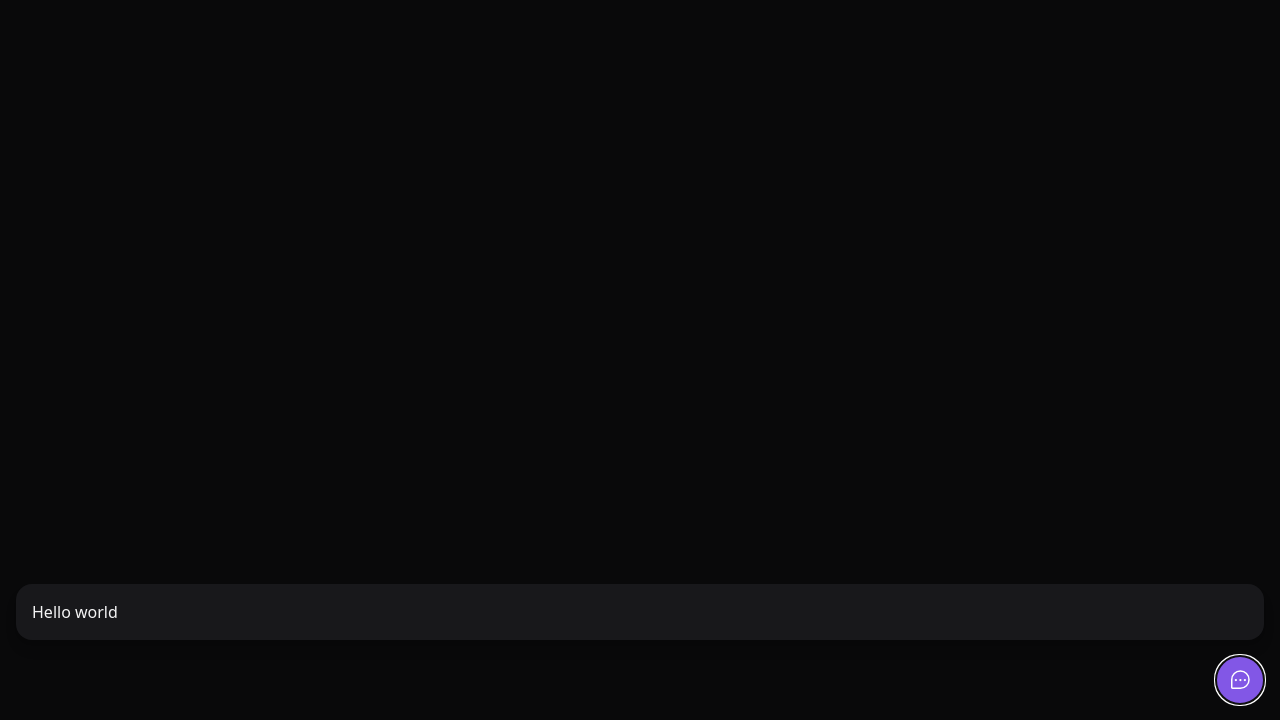
Repository: andynadvorny/feedget-web
Page: /, after clicking the first element matching `#headlessui-popover-button-\:r8\:`
The author's editor kept a copy of each file at every save. The page is drawn from the files as they stood at one save, then again after the next save.
The browser window is 1280 px wide. The pictures show the whole page.
The project was rebuilt for these pictures with package versions that can differ from the ones it lists, and the page was loaded fresh each time. Also part of the build but not shown: vite.config.ts.

Above is the page before, as saved 2022-05-03 12:16:09.

### src/App.tsx
import { Widget } from './components/Widget'

export function App() {
  return (
    <Widget />
  )
}

### src/components/Widget.tsx
import { ChatTeardropDots } from 'phosphor-react'
import { Popover } from '@headlessui/react'
import { WidgetForm } from './WidgetForm'

export function Widget() {

  return (
    <Popover className="absolute bottom-4 right-4 flex flex-col items-end">
      <Popover.Panel>
        <WidgetForm />
      </Popover.Panel>
      <Popover.Button
        className="bg-brand-500 text-white rounded-full px-3 h-12 flex items-center group"
      >
        <ChatTeardropDots className="w-6 h-6" />

        <span className="max-w-0 overflow-hidden group-hover:max-w-xs transition-all duration-500 ease-linear">
          <span className="pl-2"></span>
          Feedback
        </span>
      </Popover.Button>
    </Popover>
  )
}

### src/components/WidgetForm.tsx
export function WidgetForm() {
  return (
    <div
      className="bg-zinc-900 p-4 relative rounded-2xl mb-4 flex-col items-center shadow-lg w-[calc(100vw-2rem)]"
    >
      Hello world
    </div>
  )
}

### tailwind.config.js
module.exports = {
  content: ["./src/**/*.tsx"],
  theme: {
    extend: {
      colors: {
        brand: {
          500: '#8257E6'
        }
      }
    },
  },
  plugins: [],
}

Loaded but not shown: index.html (common file); src/main.tsx (common file); src/global.css (common file)

After the next save:
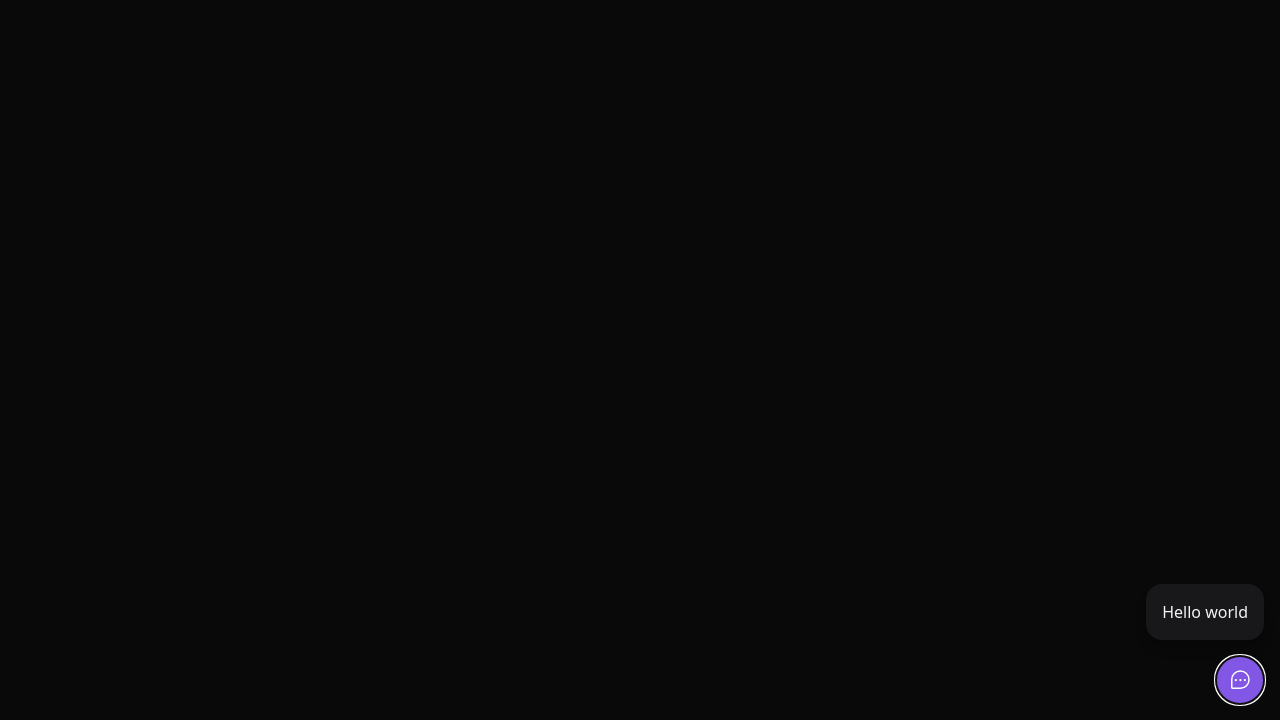
Saved 15 s later.
--- a/src/components/WidgetForm.tsx
+++ b/src/components/WidgetForm.tsx
@@ -1,7 +1,7 @@
 export function WidgetForm() {
   return (
     <div
-      className="bg-zinc-900 p-4 relative rounded-2xl mb-4 flex-col items-center shadow-lg w-[calc(100vw-2rem)]"
+      className="bg-zinc-900 p-4 relative rounded-2xl mb-4 flex-col items-center shadow-lg w-[calc(100vw-2rem)] md:w-auto"
     >
       Hello world
     </div>
